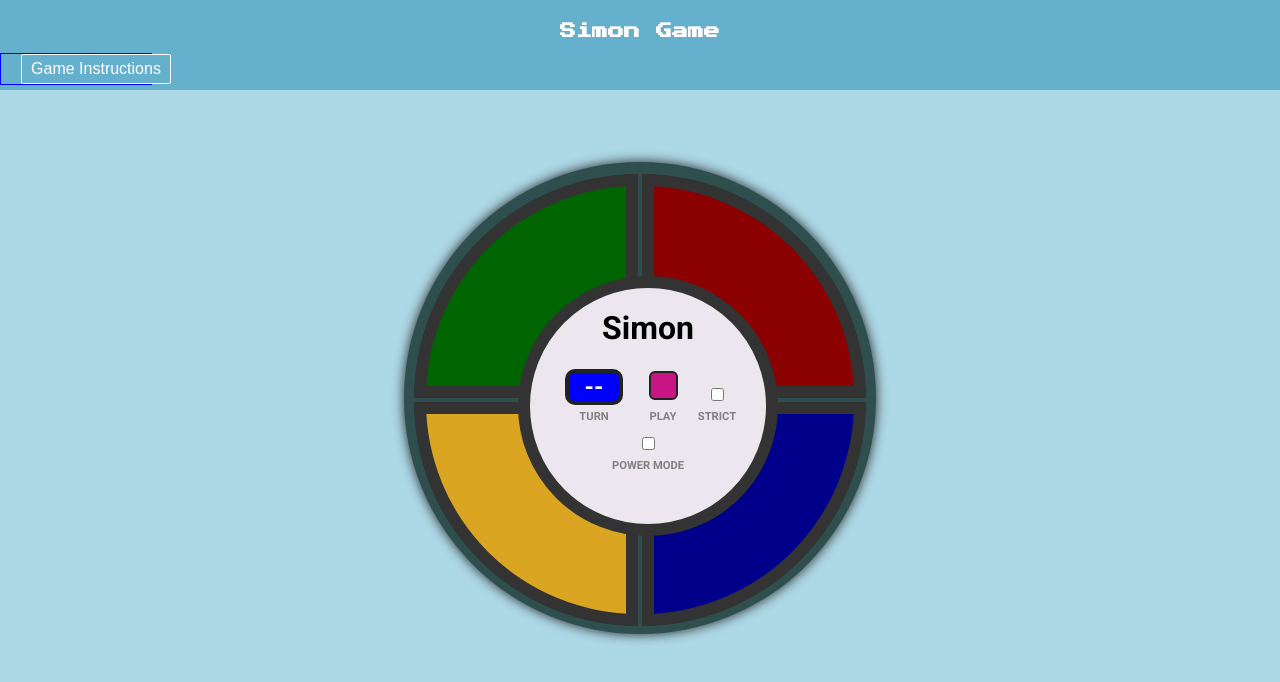
Repository: bbarbara19/memorygame
Page: index.html
The author's editor kept a record of every edit. The page is drawn from the files as they stood at one moment, then again after the next edit.
The browser window is 1280 px wide. The pictures show the whole page.

Above is the page before.

After the next edit:
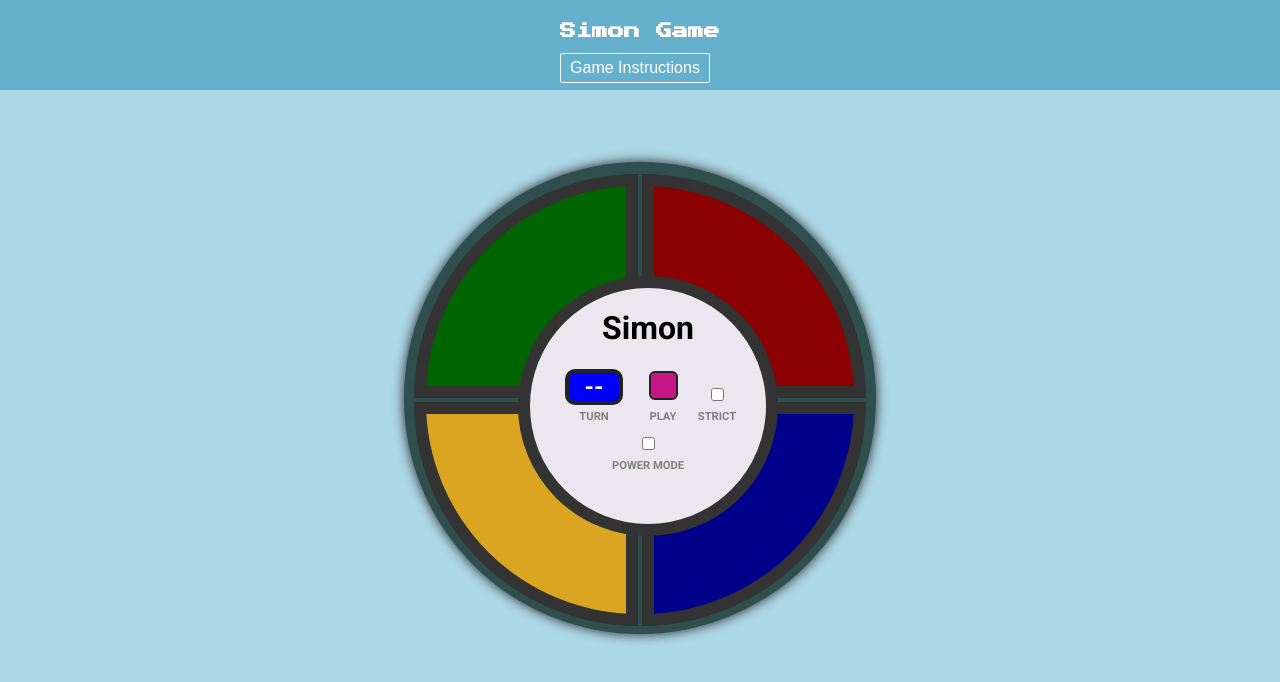
The edit:
--- a/style.css
+++ b/style.css
@@ -33,9 +33,8 @@
 }
 
 .btn-wrap {
-  width: 150px;
-  color:#65b0cc;
-  border: solid 1px blue;
+  width: 200px;
+  margin: 0 auto;
 }
 
 nav {
